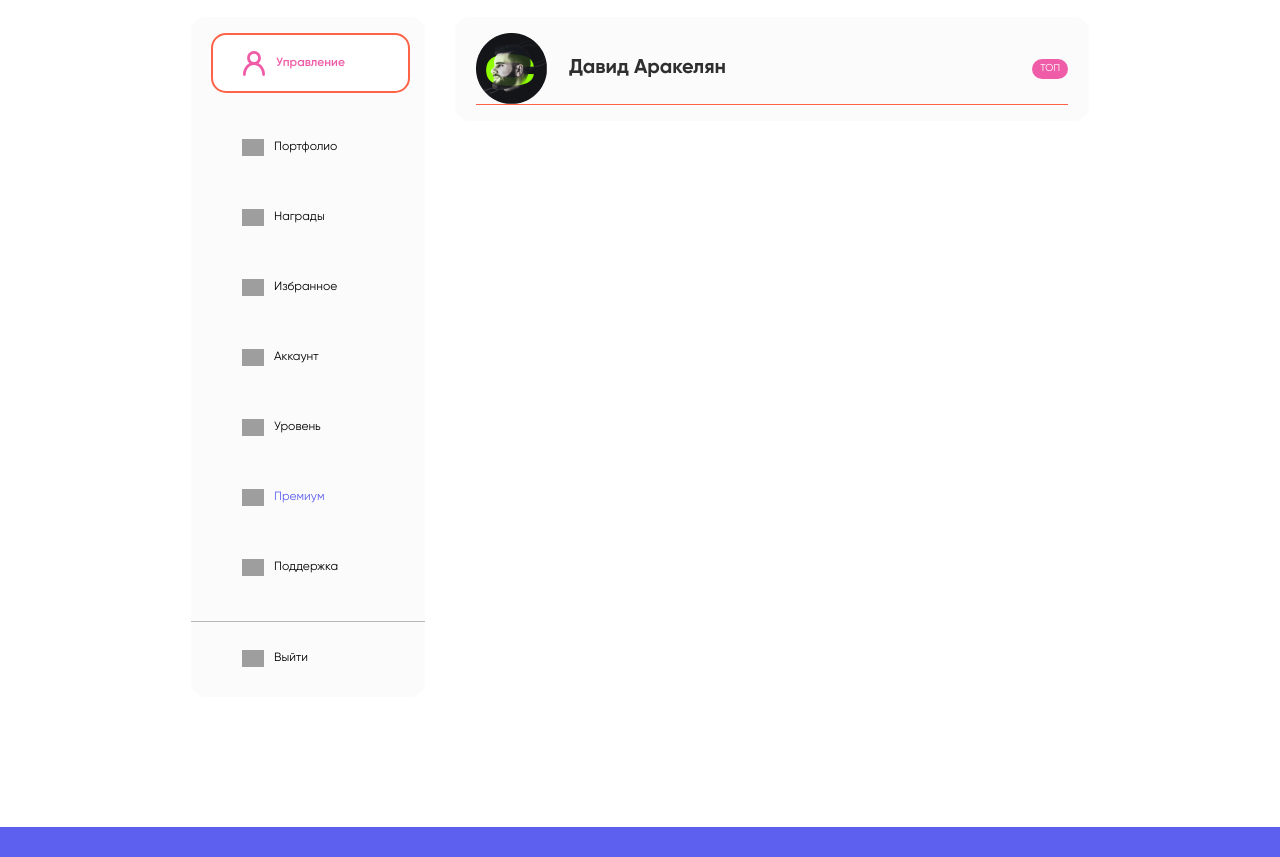
Repository: alexboagreek/selfmade
Page: index.html
The author's editor kept a copy of each file at every save. The page is drawn from the files as they stood at one save, then again after a run of saves.
The browser window is 1280 px wide. The pictures show the part of the page from y = 353 to 1210 px (the page is 1719 px tall).
Pictures or frames that could not be fetched are drawn as grey boxes. A picture or video elsewhere on the page could not be fetched, so the positions and the page height are approximate.

Above is the page before, as saved 2022-12-13 12:37:52.

After the next 2 saves:
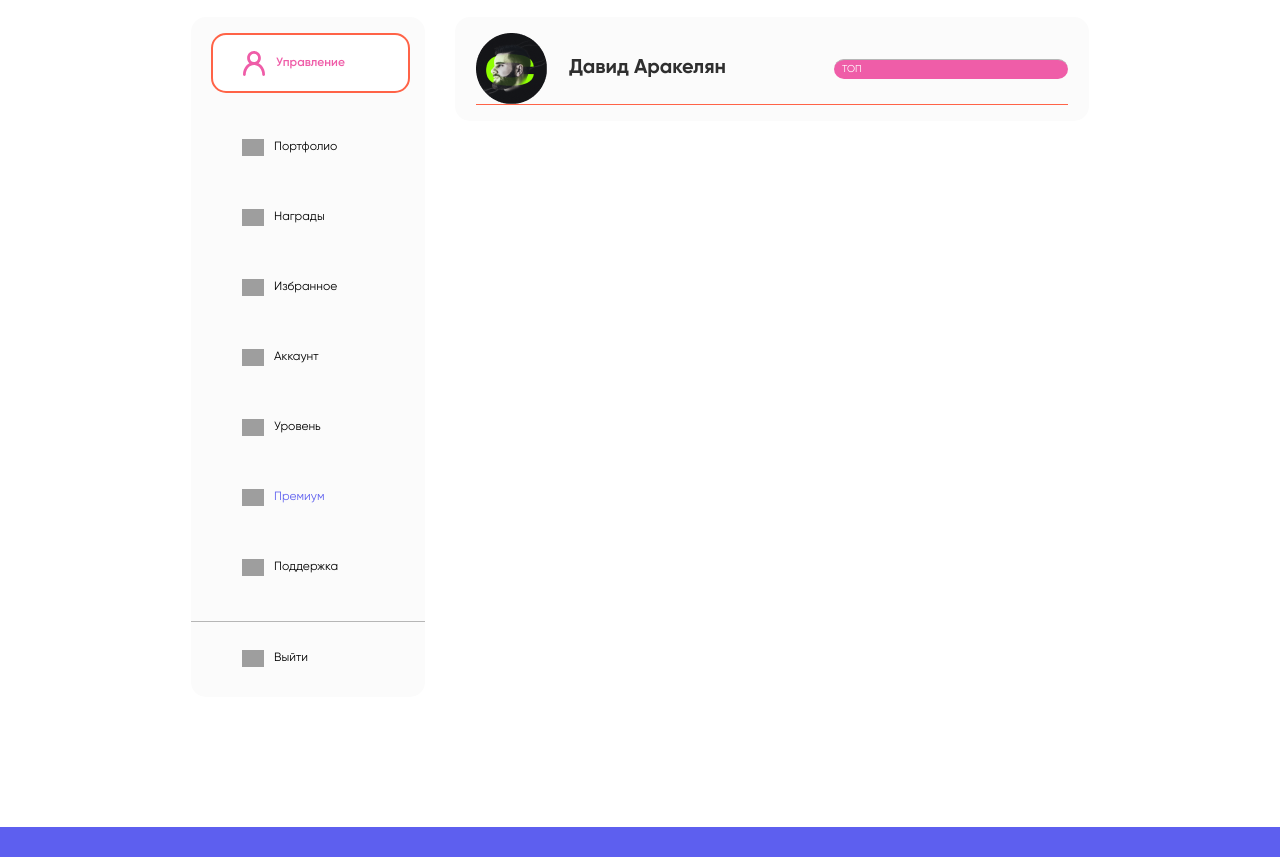
The 2 saves are shown as one change because they came seconds apart.
The last was saved 8 s later.
--- a/index.html
+++ b/index.html
@@ -72,7 +72,7 @@
                             <img src="assets/img/interface.png" alt="Логотип интерфейса юзера | user interface logo" class="interface__img">
                             <p class="interface__text">Давид Аракелян</p>
                         </div>
-                        <div class="interface__rating in">Топ</div>
+                        <div class="interface__rating interface__line">Топ</div>
                     </div>
                 </div>
             </section>
